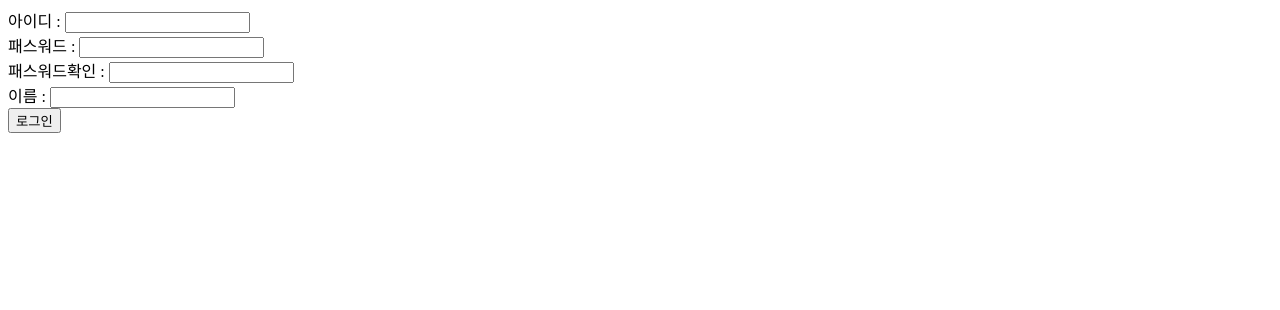
Repository: ifpi98/java_e
Page: jspproject/src/main/webapp/login.html
The author's editor kept a copy of each file at every save. The page is drawn from the files as they stood at one save, then again after the next save.
The browser window is 1280 px wide. The pictures show the whole page.

Above is the page before, as saved 2023-07-06 07:32:48.

After the next save:
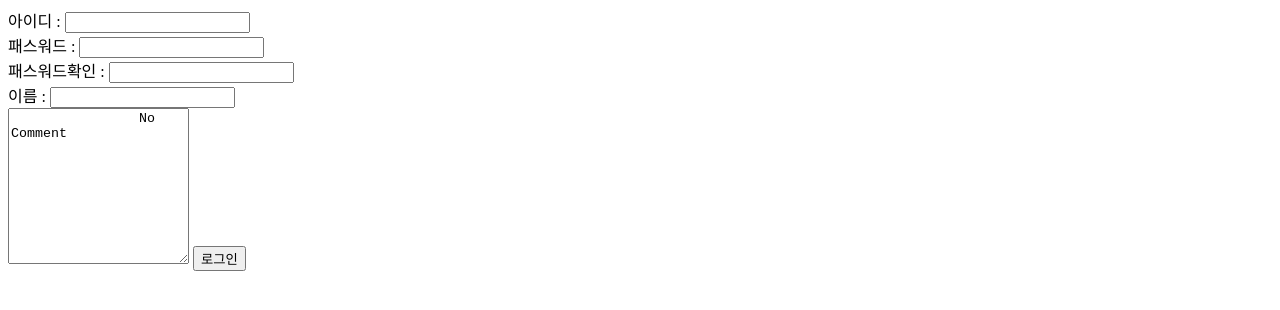
Saved 2 min 11 s later.
--- a/jspproject/src/main/webapp/login.html
+++ b/jspproject/src/main/webapp/login.html
@@ -11,6 +11,10 @@
 	패스워드 : <input type="password" name="pw"><br>
 	패스워드확인 : <input type="password" name="pw2"><br>
 	이름 : <input type="text" name="name"><br>
+	<textarea name="comment" rows="10" cols="20">
+		No Comment
+	</textarea>
+
 	<input type="submit" value="로그인">
 
 </form>
